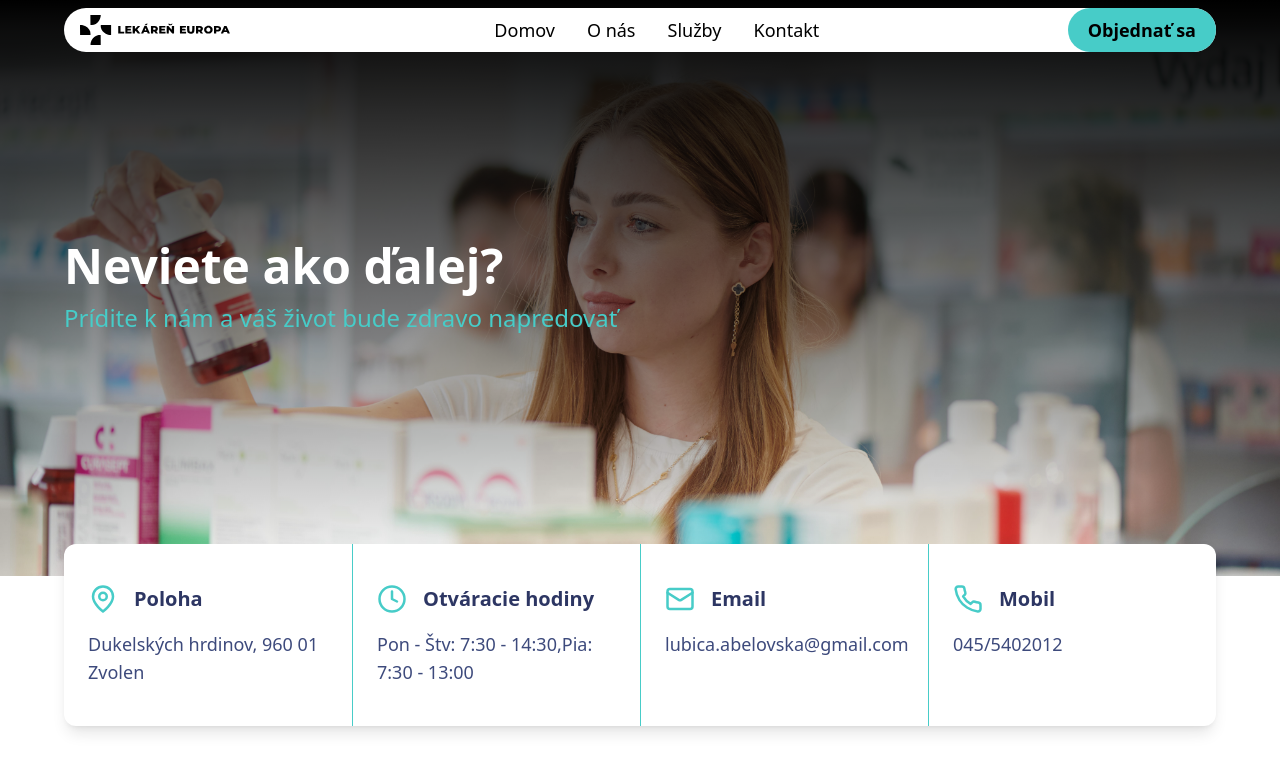
Repository: SimonSkoda13/Lekaren
Page: /
An editor plug-in stored every save of this project. The page is shown before and after the next save, followed by the edit.
The browser window is 1280 px wide. The pictures show the whole page.
The project was rebuilt for these pictures with package versions that can differ from the ones it lists, and the page was loaded fresh each time. The framework's server and built-in components were replaced by stand-ins that run in the browser. Also part of the build but not shown: next.config.js.

Above is the page before, as saved 2023-04-22 19:49:54.

### src/app/layout.tsx
import { Header } from "./components/Header/Header";
import "./globals.css";
import { Poppins } from "next/font/google";

export const metadata = {
  title: "Create Next App",
  description: "Generated by create next app",
};

export default function RootLayout({
  children,
}: {
  children: React.ReactNode;
}) {
  return (
    <html lang="en">
      <body className="bg-white min-h-[100vh]">
        <Header />
        <main>{children}</main>
        <footer></footer>
      </body>
    </html>
  );
}

### src/app/page.tsx
import Image from "next/image";
import { Inter } from "next/font/google";
import { HomeHero } from "./components/HomeHero/HomeHero";
import { Contact } from "./components/Contact/Contact";
import { Phone, MapPin, Clock4, Mail } from "lucide-react";

const inter = Inter({ subsets: ["latin"] });

// page with

export default function Home() {
  return (
    <>
      <HomeHero
        title={"Neviete ako ďalej?"}
        image={"/homeBanner.jpg"}
        description={"Prídite k nám a váš život bude zdravo napredovať"}
      />
      <Contact
        items={[
          {
            title: "Poloha",
            link: "https://goo.gl/maps/L5p9gij7kJ6iXfnA9",
            description: "Dukelských hrdinov, 960 01 Zvolen",
            icon: <MapPin size={30} className="stroke-primary" />,
          },
          {
            title: "Otváracie hodiny",
            link: "https://goo.gl/maps/L5p9gij7kJ6iXfnA9",
            description: "Pon - Štv:  7:30 - 14:30,Pia: 7:30 - 13:00",
            icon: <Clock4 size={30} className="stroke-primary" />,
          },
          {
            title: "Email",
            link: "mailto:lubica.abelovska@gmail.com",
            description: "lubica.abelovska@gmail.com",
            icon: <Mail size={30} className="stroke-primary" />,
          },
          {
            title: "Mobil",
            description: "045/5402012",
            link: "tel:045/5402012",
            icon: <Phone size={30} className="stroke-primary" />,
          },
        ]}
      />
    </>
  );
}

### src/app/components/Header/Header.tsx
import Link from "next/link";
import React from "react";

export interface HeaderProps {}

export const Header = (props: HeaderProps) => {
  const {} = props;
  return (
    <header className="cntn fixed w-full top-2 z-10">
      <div className="flex bg-white rounded-full ">
        {/* logo */}
        <div className="flex justify-center items-center px-4">
          <img src="/logoHeader.svg" alt="logo" className="w-[150px]" />
        </div>
        {/* nav */}
        <div className="py-2 px-4 flex gap-8 items-center mx-auto text-lg font-medium">
          <Link href="/">Domov</Link>
          <Link href="/onas">O nás</Link>
          <Link href="/sluzby">Služby</Link>
          <Link href="/kontakt">Kontakt</Link>
        </div>
        {/* button order self */}
        <div className="flex justify-center items-center px-5 p-0 bg-primary rounded-full text-lg font-bold">
          <Link href="/order">Objednať sa</Link>
        </div>
      </div>
    </header>
  );
};

### src/app/globals.css
@tailwind base;
@tailwind components;
@tailwind utilities;

@layer components {
  .cntn {
    @apply mx-auto px-4  max-w-screen-xl md:px-16;
  }
}

### src/app/components/HomeHero/HomeHero.tsx
import Image from "next/image";
import React from "react";
import { ImageGradient } from "./ImageGradient/ImageGradient";

export interface HomeHeroProps {
  title: string;
  image: string;
  description: string;
}

export const HomeHero = (props: HomeHeroProps) => {
  const { title, image, description } = props;
  return (
    <section className="relative h-[80vh] z-0 px-0">
      <div className="w-full h-full absolute left-0 top-0 ">
        {/* make filter for image to odd brightness from top biggest to bottom lowest */}
        <ImageGradient>
          <Image
            src={image}
            alt="Next.js logo"
            fill
            style={{
              objectFit: "cover",
              objectPosition: "center",
            }}
          />
        </ImageGradient>
      </div>
      <div className="cntn relative gap-3 h-full flex justify-center flex-wrap flex-col z-10">
        <h1 className="text-5xl font-bold text-white">{title}</h1>
        <p className="text-2xl text-primary">{description}</p>
      </div>
    </section>
  );
};

### src/app/components/Contact/Contact.tsx
import { Phone } from "lucide-react";
import { Url } from "next/dist/shared/lib/router/router";
import Image from "next/image";
import Link from "next/link";
import React, { ReactNode } from "react";

export interface ContactProps {
  items?: {
    title: string;
    description: string;
    icon: ReactNode;
    link?: string;
  }[];
}

export const Contact = (props: ContactProps) => {
  const { items } = props;
  return (
    <section className="cntn z-10 relative top-[-2rem]">
      <div className="w-full h-full grid grid-cols-2 md:grid-cols-4 items-start bg-white rounded-xl shadow-lg divide-x divide-primary">
        {items?.map((item) => (
          <Link href={item?.link as Url} className="h-full">
            <div className="flex flex-col items-start gap-4 p-6 py-10">
              <div className="flex w-full flex-row gap-4 items-center">
                {item.icon}
                <h2 className="text-xl font-bold text-secondary">
                  {item.title}
                </h2>
              </div>
              <p className="text-lg font-medium text-secondary-light">
                {item.description}
              </p>
            </div>
          </Link>
        ))}
      </div>
    </section>
  );
};

### src/app/components/HomeHero/ImageGradient/ImageGradient.tsx
import React from "react";

export interface ImageGradientProps {
  children: React.ReactNode;
}

export const ImageGradient = (props: ImageGradientProps) => {
  const { children } = props;
  return (
    <div className="relative w-full h-full overflow-hidden z-10">
      <div className="absolute inset-0 z-10 bg-gradient-to-b from-black"></div>
      {children}
    </div>
  );
};

### tailwind.config.js
/** @type {import('tailwindcss').Config} */
module.exports = {
  content: [
    "./src/pages/**/*.{js,ts,jsx,tsx,mdx}",
    "./src/components/**/*.{js,ts,jsx,tsx,mdx}",
    "./src/app/**/*.{js,ts,jsx,tsx,mdx}",
  ],
  theme: {
    extend: {
      colors: {
        primary: "#47CCC8",
        secondary: "#2D3663",
        "secondary-light": "#3D4A7C",
      },
    },
  },
  plugins: [],
};

Loaded but not shown: src/app/api/hello/route.ts (common file)

After the next save:
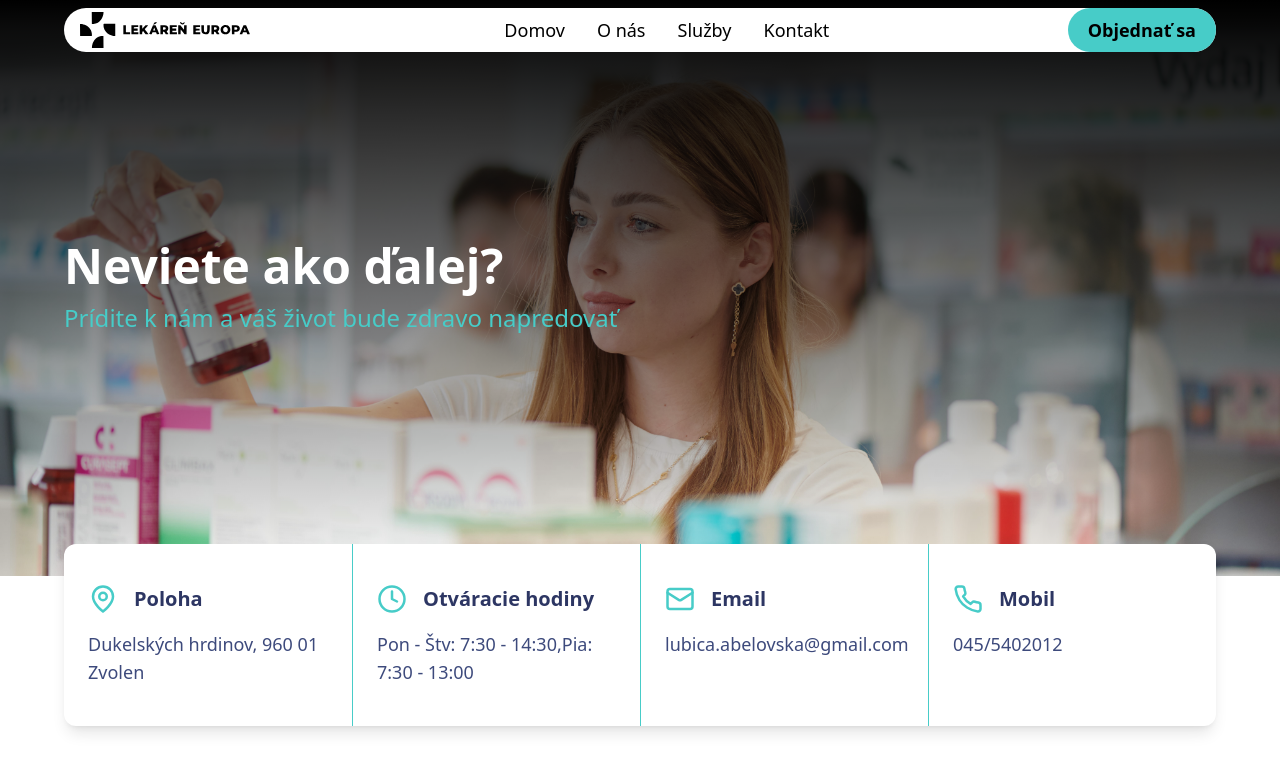
Saved 9 s later.
--- a/src/app/components/Header/Header.tsx
+++ b/src/app/components/Header/Header.tsx
@@ -10,7 +10,7 @@ export const Header = (props: HeaderProps) => {
       <div className="flex bg-white rounded-full ">
         {/* logo */}
         <div className="flex justify-center items-center px-4">
-          <img src="/logoHeader.svg" alt="logo" className="w-[150px]" />
+          <img src="/logoHeader.svg" alt="logo" className="w-[170px]" />
         </div>
         {/* nav */}
         <div className="py-2 px-4 flex gap-8 items-center mx-auto text-lg font-medium">
